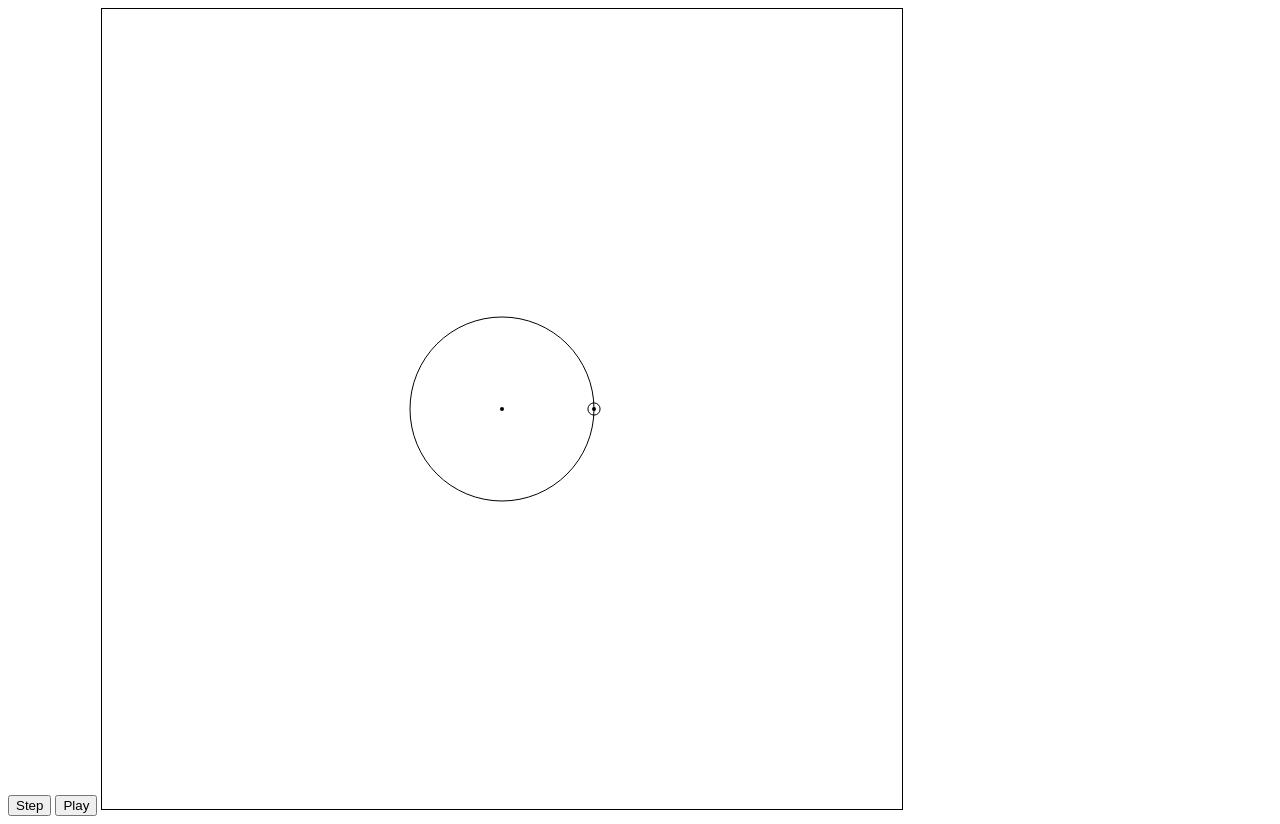
Repository: blahnikkai/n-body-simulation
Page: index.html
These files come from the project's save history. The page is drawn as it stood at one moment and after the next save; the edit follows.
The browser window is 1280 px wide. The pictures show the whole page.

Above is the page before, as saved 2024-02-22 16:13:26.

### index.html
<!DOCTYPE html>
<html lang="en">
    <head>
        <meta charset="UTF-8" />
        <meta name="viewport" content="width=device-width, initial-scale=1.0" />
        <title>Document</title>
        <link rel="stylesheet" href="styles.css">
        <script src="script.js" defer></script>
    </head>
    <body>
        <button id="step">Step</button>
        <button id="play">Play</button>
        <canvas id="canvas" width="800" height="800">
    </body>
</html>

### styles.css
canvas {
    background-color: white;
    border: 1px solid black;
}

html {
    background-color: white;
}

### script.js
const G = 6.67e-11
const DIST_SCALE = 1000000
const TIME_SCALE = 5
const FRAMERATE = 60

class Vector {
    constructor(x, y) {
        this.x = x
        this.y = y
    }
}

function norm(vec) {
    return Math.hypot(vec.x, vec.y)
}

function add(vec1, vec2) {
    return new Vector(vec1.x + vec2.x, vec1.y + vec2.y)
}

function scale(scalar, vec) {
    return new Vector(scalar * vec.x, scalar * vec.y)
}

function sub(vec1, vec2) {
    return add(vec1, scale(-1, vec2))
}

function dist(vec1, vec2) {
    return norm(sub(vec1, vec2))
}

class Body {

    constructor(mass, pos, vel) {
        this.mass = mass
        this.pos = pos
        this.vel = vel
        this.acc = new Vector(0, 0)
    }

    integrate() {
        // do i need "this."
        // console.log('starting integrate')
        // console.log(`vel = ${this.vel}`)
        // console.log(`pos = ${this.pos}`)
        this.vel = add(this.vel, scale(TIME_SCALE / FRAMERATE, this.acc))
        this.pos = add(this.pos, scale(TIME_SCALE / FRAMERATE, this.vel))
        // console.log('ending integrate')
        // console.log(`vel = ${this.vel}`)
        // console.log(`pos = ${this.pos}`)
    }

    interact(body2) {
        const d = dist(this.pos, body2.pos)
        const acc_mag = G * body2.mass / Math.pow(d, 2)
        const diff = sub(body2.pos, this.pos)
        // console.log(`in interact, diff = `)
        // console.log(diff)
        const unit = scale(1 / norm(diff), diff)
        const acc = scale(acc_mag, unit)
        this.acc = add(this.acc, acc)
    }
}

function main() {
    canvas = document.getElementById('canvas')
    const ctx = canvas.getContext('2d')
    let bodies = []
    let pause = true
    // sun
    bodies.push(new Body(1.99e33, new Vector(400 * DIST_SCALE, 400 * DIST_SCALE), new Vector(0, 0)))
    // earth
    // const v_earth = -37983549.0706
    bodies.push(new Body(5.97e29, new Vector((400 + 92) * DIST_SCALE, 400 * DIST_SCALE), new Vector(0, -37983549.0706)))
    // moon ?!
    // bodies.push(new Body(7.35e22, new Vector((400 + 92 - 6.1) * DIST_SCALE, 400 * DIST_SCALE), new Vector(0, -37983549.0706 - 1.5 * 2555031)))
    canvas.addEventListener('click', (e) => {
        const rect = e.target.getBoundingClientRect()
        const x = e.clientX - rect.left
        const y = e.clientY - rect.top
        const body = new Body(1_000_000, new Vector(DIST_SCALE * x, DIST_SCALE * y), new Vector(0, 0))
        console.log('clicked')
        bodies.push(body)
    })
    const step = () => {
        for(let i = 0; i < bodies.length; ++i) {
            bodies[i].acc = new Vector(0, 0)
        }
        for(let i = 0; i < bodies.length; ++i) {
            for(let j = i + 1; j < bodies.length; ++j) {
                bodies[i].interact(bodies[j])
                bodies[j].interact(bodies[i])
            }
        }
        for(let i = 0; i < bodies.length; ++i) {
            bodies[i].integrate()
        }
        if(!pause) {
            setTimeout(step, 1000 / FRAMERATE)
        }
    }
    const render = () => {
        ctx.clearRect(0, 0, canvas.width, canvas.height)
        ctx.beginPath()
        ctx.arc(400, 400, 92, 0, 2 * Math.PI)
        ctx.stroke()
        for(let i = 0; i < bodies.length; ++i) {
            ctx.beginPath()
            ctx.arc(bodies[i].pos.x / DIST_SCALE, bodies[i].pos.y / DIST_SCALE, 2, 0, 2 * Math.PI)
            ctx.lineTo(0, 0)
            ctx.fill()
            // console.log('drawing')
            // console.log(bodies)
            // console.log(bodies[i].pos.x)
            // console.log(bodies[i].pos.y)
        }
        ctx.beginPath()
        ctx.arc(bodies[1].pos.x / DIST_SCALE, bodies[1].pos.y / DIST_SCALE, 6.1, 0, 2 * Math.PI)
        ctx.stroke()
        // setTimeout(render, 1000 / FRAMERATE)
        window.requestAnimationFrame(render)
    }
    render()
    const step_btn = document.getElementById('step')
    const play_btn = document.getElementById('play')
    step_btn.addEventListener('click', () => {
        if(pause) {
            step()
        }
    })
    play_btn.addEventListener('click', () => {
        console.log('playing')
        pause = !pause;
        if(!pause) {
            step()
        }
    })
}

main()

After the next save:
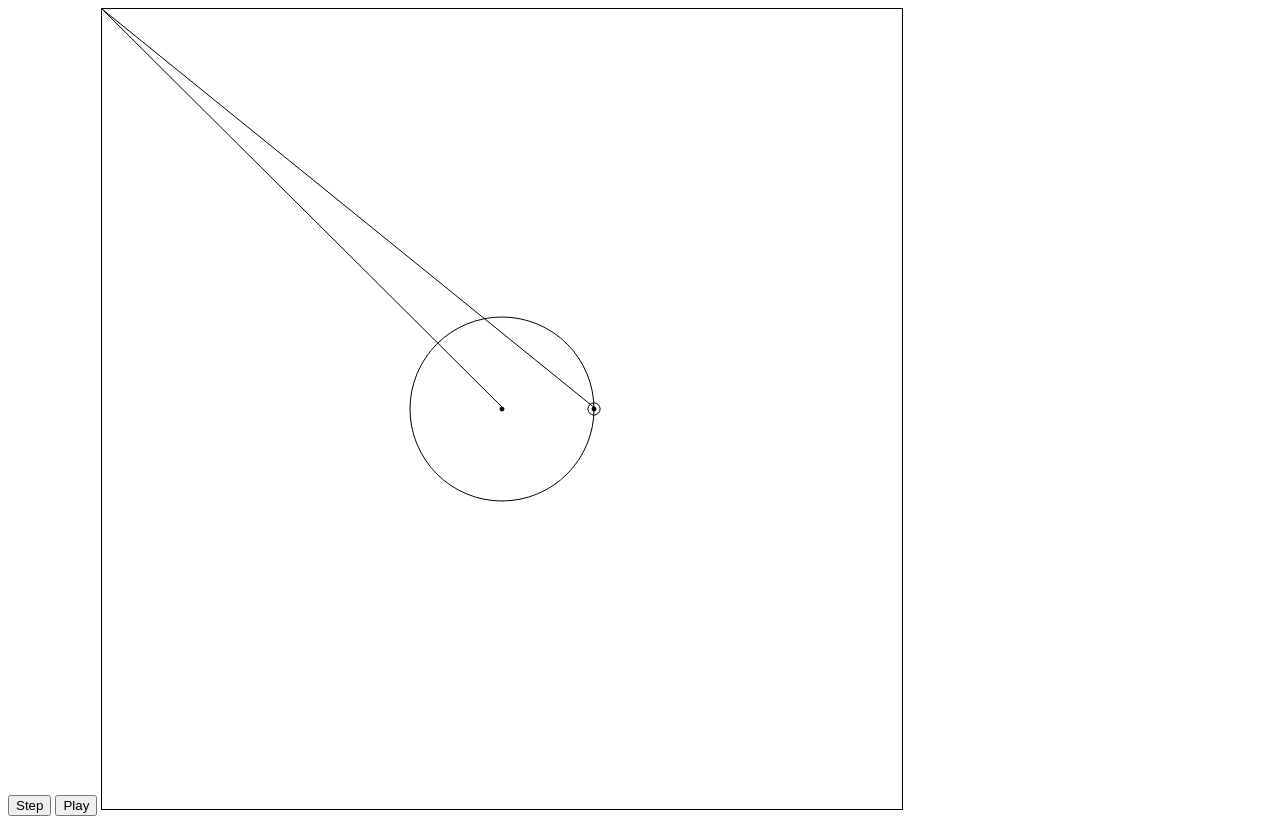
Saved 6 s later.
--- a/script.js
+++ b/script.js
@@ -108,8 +108,9 @@ function main() {
         for(let i = 0; i < bodies.length; ++i) {
             ctx.beginPath()
             ctx.arc(bodies[i].pos.x / DIST_SCALE, bodies[i].pos.y / DIST_SCALE, 2, 0, 2 * Math.PI)
+            ctx.fill()
             ctx.lineTo(0, 0)
-            ctx.fill()
+            ctx.stroke()
             // console.log('drawing')
             // console.log(bodies)
             // console.log(bodies[i].pos.x)
